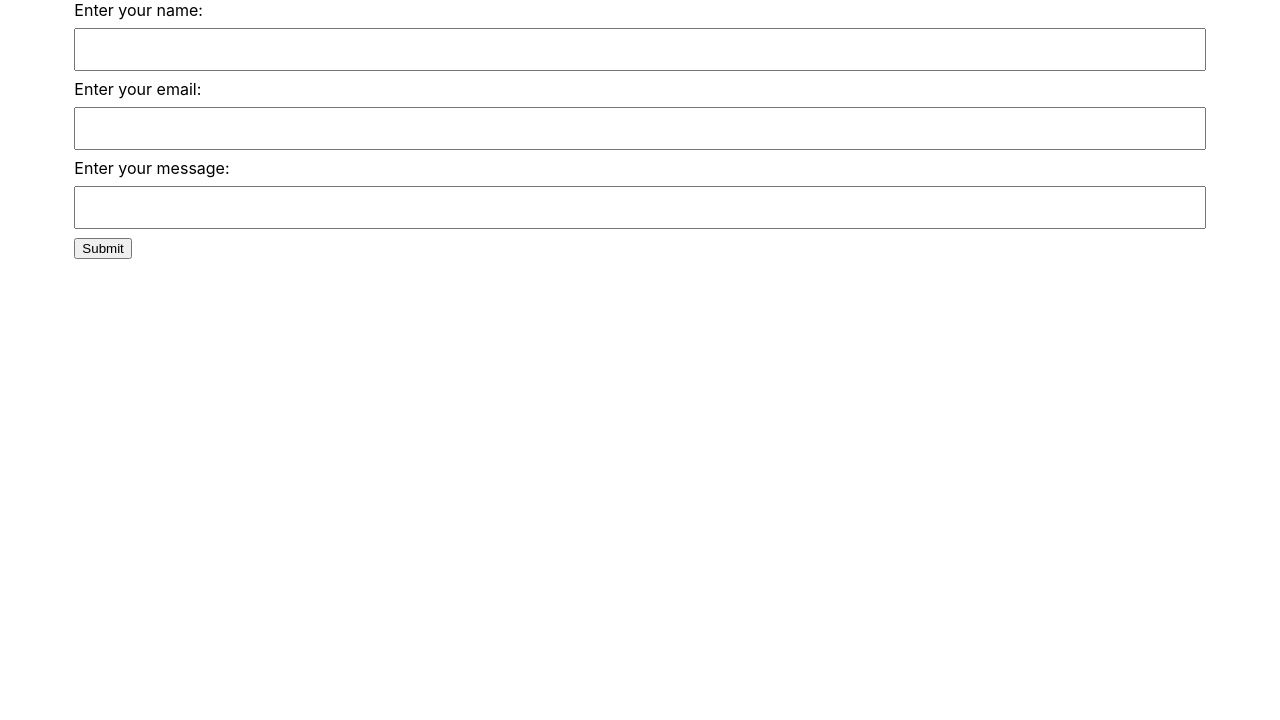
Repository: AddamVictorioDev/ProfileWebsite
Page: /form (app in con/)
These files come from the project's save history. The page is drawn as it stood at one moment and after the next save; the edit follows.
The browser window is 1280 px wide. The pictures show the whole page.
The project was rebuilt for these pictures with package versions that can differ from the ones it lists, and the page was loaded fresh each time. Also part of the build but not shown: con/src/App.css, con/src/home.css, con/src/home.js, con/src/addam.css, con/src/addam.js, con/src/usescripts.js, con/src/projects.js.

Above is the page before, as saved 2023-03-16 18:30:49.

### con/src/index.css
body {
  margin: 0;
  font-family: -apple-system, BlinkMacSystemFont, 'Segoe UI', 'Roboto', 'Oxygen',
    'Ubuntu', 'Cantarell', 'Fira Sans', 'Droid Sans', 'Helvetica Neue',
    sans-serif;
  -webkit-font-smoothing: antialiased;
  -moz-osx-font-smoothing: grayscale;
  /* background-image: url("/Users/addamvictorio/con/src/waterdropwallpp.jpg"); */
  /* background-color: #ffffff; */

}

code {
  font-family: source-code-pro, Menlo, Monaco, Consolas, 'Courier New',
    monospace;
}

### con/src/App.js
import logo from './logo.svg';
import './App.css';
import HomePage from './home';
import Addam from './addam';

import {
  BrowserRouter,
  Routes,
  Route
} from "react-router-dom";
import Projects from './projects';
import MyForm from './form';

function App() {

  return (

    <BrowserRouter>
      <Routes>


      <Route exact path="/" element={<Addam />}  />
      <Route path="projects" element={<Projects />} />
      <Route path="form" element={<MyForm />} />

      </Routes>


  </BrowserRouter>

  );
}

export default App;

### con/src/form.js
import { useState } from 'react';
import ReactDOM from 'react-dom/client';
import './form.css'

function MyForm() {
  const [inputs, setInputs] = useState({});

  const handleChange = (event) => {
    const name = event.target.name;
    const value = event.target.value;
    setInputs(values => ({...values, [name]: value}))
  }

  const handleSubmit = (event) => {
    event.preventDefault();
    alert(inputs);
  }

  return (
    <div className="center">
    <form onSubmit={handleSubmit}>
      <label>Enter your name:
      <input
        type="text"
        name="username"
        value={inputs.username || ""}
        onChange={handleChange}
      />
      </label>
      <label>Enter your email:
        <input
          type="text"
          name="age"
          value={inputs.age || ""}
          onChange={handleChange}
        />
        </label>
        <label>Enter your message:
      <input
        type="text"
        name="username"
        value={inputs.username || ""}
        onChange={handleChange}
      />
      </label>
        <input type="submit" />
    </form>
    </div>
  )
}

export default MyForm;

### con/src/projects.css
.center{
    display: grid;
    justify-content: center;
    align-items: center;


}
.photo-grid {
    display: flex;
    height: 100%;

    border-radius: 10px;
    border-color: black;

    flex-wrap: wrap;
    justify-content: center;
    align-items: center;
    gap: 10px;
    background-color: blueviolet;
  }

  .photo-item {
    height: 100%;


    position: relative;




    overflow: auto;
  }

  img {
    width: 100%;
    height: 100%;


    object-fit: cover;
  }
  .img-text {
    position: absolute;
    width: 100%;
    bottom: 10px;

    color: white;
    background-color: rgb(199, 6, 6);
    padding: 10px;
  }

### con/src/form.css

.container{
    justify-content: center;
    align-items:center;
    background-color: aquamarine;
}

.center{
    display: flex;
    justify-content: center;
    align-items: center;



}
input[type=text] {
    width: 100%;
    padding: 12px 20px;
    margin: 8px 0;
    box-sizing: border-box;
  }

Loaded but not shown: con/public/index.html (common file); con/src/index.js (common file); con/src/reportWebVitals.js (common file)

After the next save:
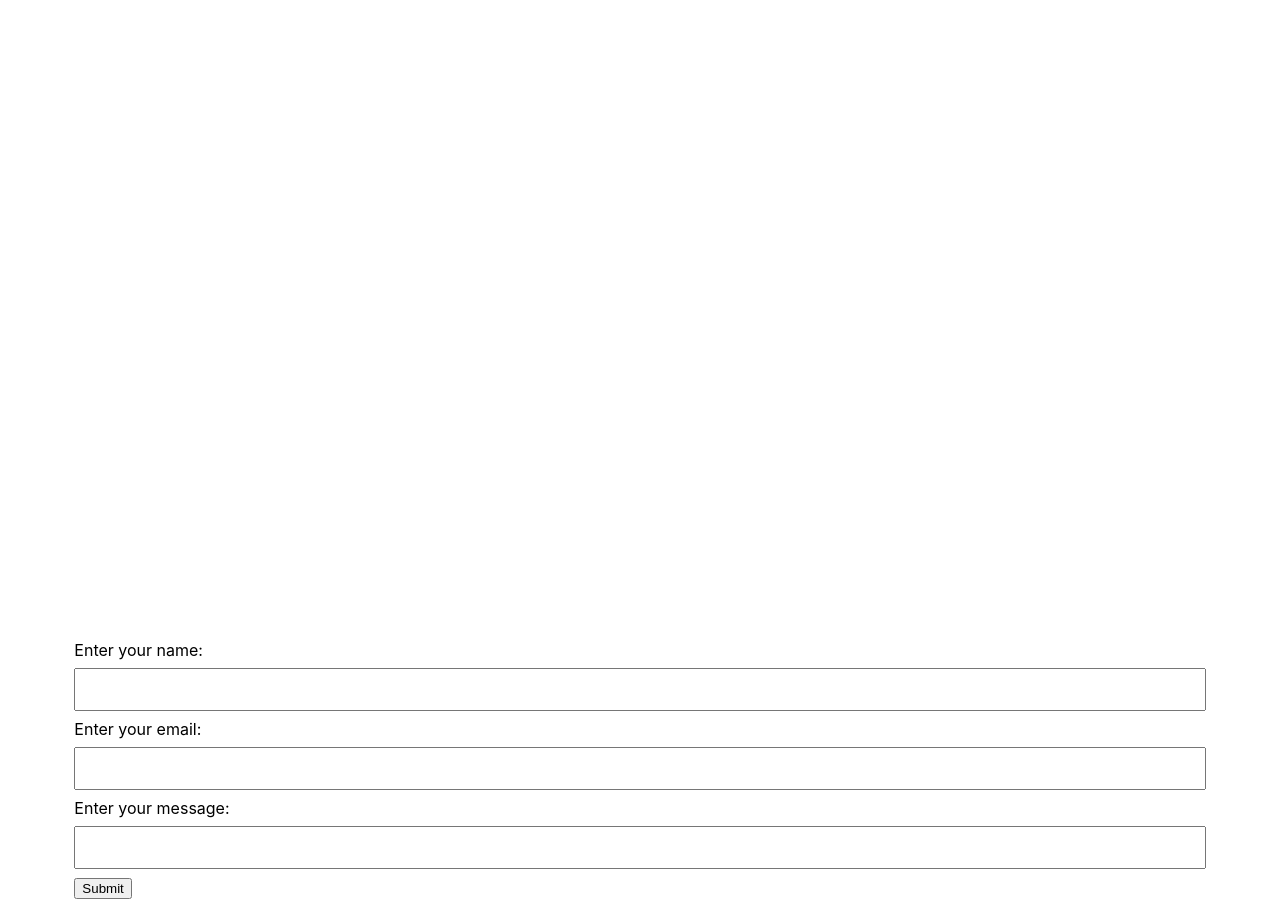
Saved 2 min 10 s later.
--- a/con/src/form.css
+++ b/con/src/form.css
@@ -9,6 +9,7 @@
     display: flex;
     justify-content: center;
     align-items: center;
+    margin-top: 50%;
 
 
 

After the save that followed:
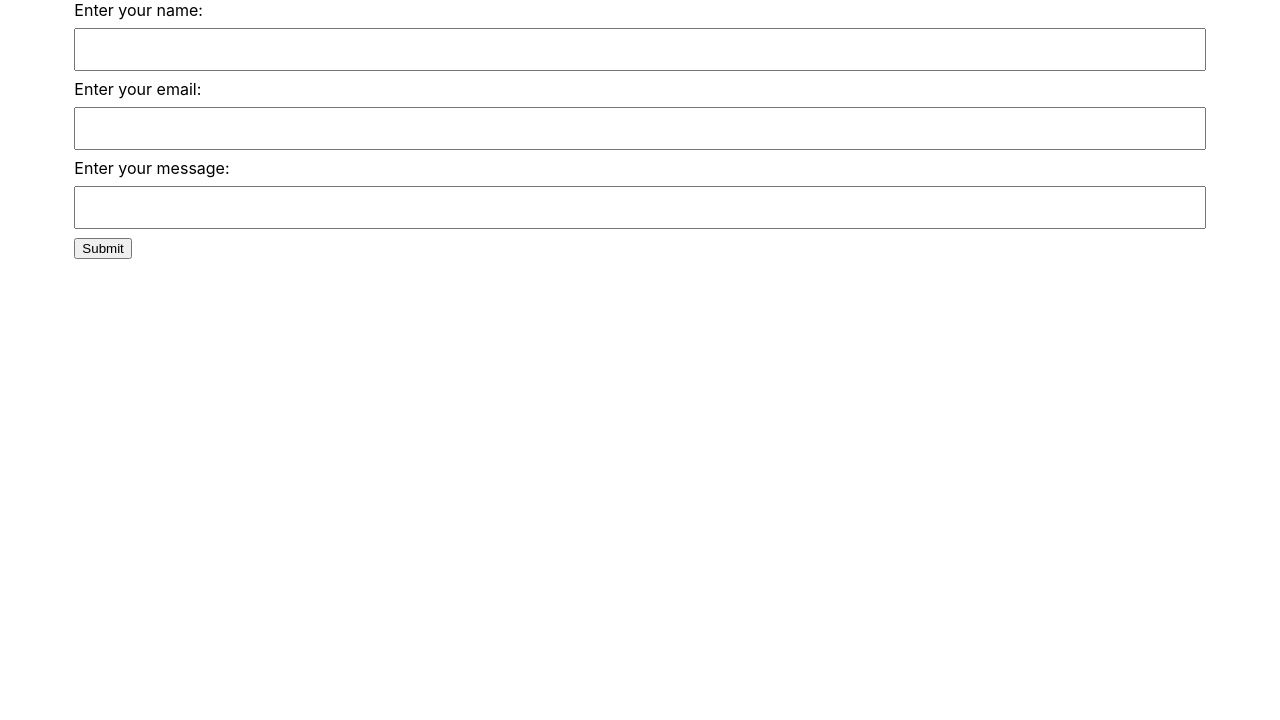
Saved 17 s later.
--- a/con/src/form.css
+++ b/con/src/form.css
@@ -9,7 +9,7 @@
     display: flex;
     justify-content: center;
     align-items: center;
-    margin-top: 50%;
+    top: 50%;
 
 
 
